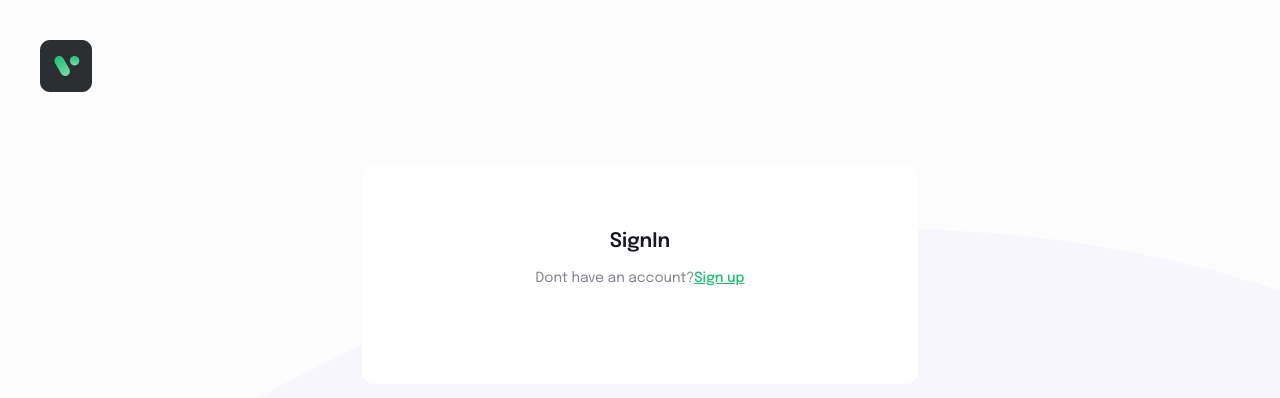
Repository: hoang0508/CrowFunding-APP
Page: /sign-in
The author's editor kept a copy of each file at every save. The page is drawn from the files as they stood at one save, then again after the next save.
The browser window is 1280 px wide. The pictures show the whole page.
The project was rebuilt for these pictures with package versions that can differ from the ones it lists, and the page was loaded fresh each time. Also part of the build but not shown: src/components/common/ErrorComponent.js. Imported but missing from the stored project, and not drawn on this page: src/store/reducers.

Above is the page before, as saved 2022-07-18 22:23:02.

After the next save:
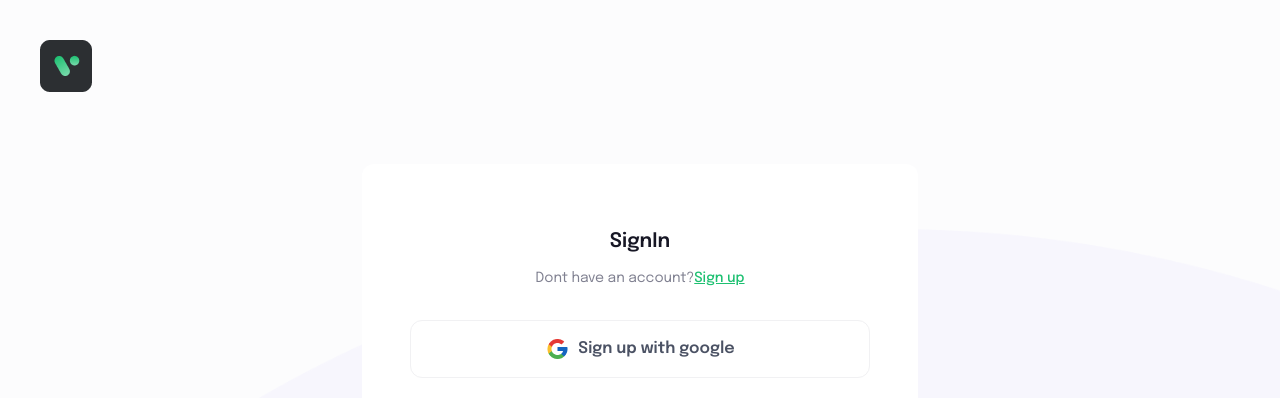
Saved 51 s later.
--- a/src/pages/SignInPage.js
+++ b/src/pages/SignInPage.js
@@ -11,6 +11,12 @@ const SignInPage = () => {
           Sign up
         </Link>
       </p>
+      <button className="flex items-center justify-center gap-x-2 w-full py-4 mb-5 border border-strock dark:border-darkStroke rounded-xl">
+        <img src="./icon-google.png" alt="google" />
+        <span className="text-text2 dark:text-white font-semibold text-base">
+          Sign up with google
+        </span>
+      </button>
     </LayoutAuthentication>
   );
 };
